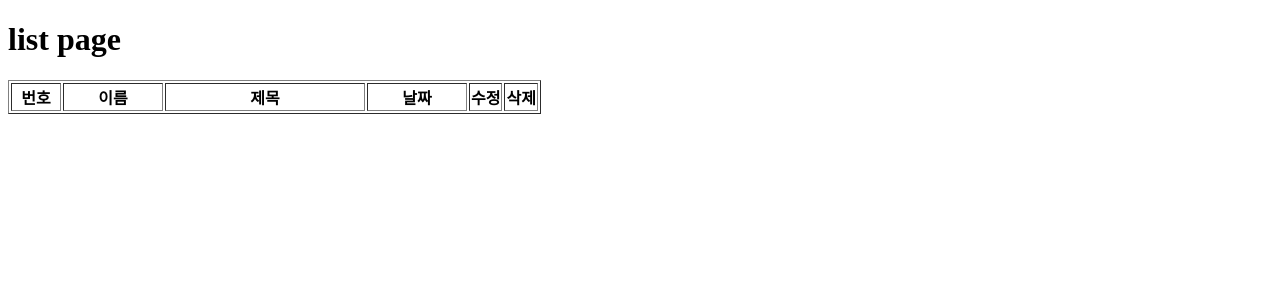
Repository: Star-Violet/testtest
Page: http://localhost/MB01_MyBoard_Mybatis/
An editor plug-in stored every save of this project. The page is shown before and after the next save, followed by the edit.
The browser window is 1280 px wide. The pictures show the whole page.
The page is served by Tomcat 9. Queries for data that is not in the repository find no rows.

Above is the page before, as saved 2020-01-21 03:42:59.

After the next save:
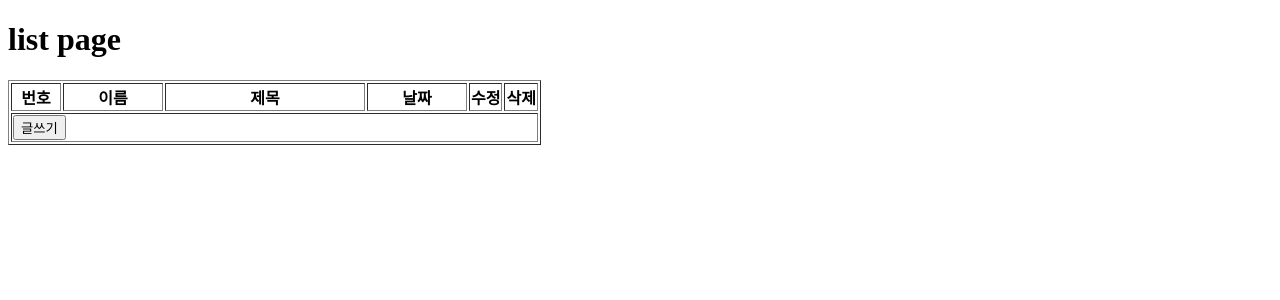
Saved 68 s later.
--- a/MyBatis/MB01_MyBoard_Mybatis/WebContent/mylist.jsp
+++ b/MyBatis/MB01_MyBoard_Mybatis/WebContent/mylist.jsp
@@ -50,6 +50,11 @@
 		}
 	%>
 
+		<tr>
+			<td colspan="6" akugb="right">
+				<button onclick="location.href='myinsert.jsp'">글쓰기</button>
+			</td>
+		</tr>
 	</table>
 </body>
 </html>
